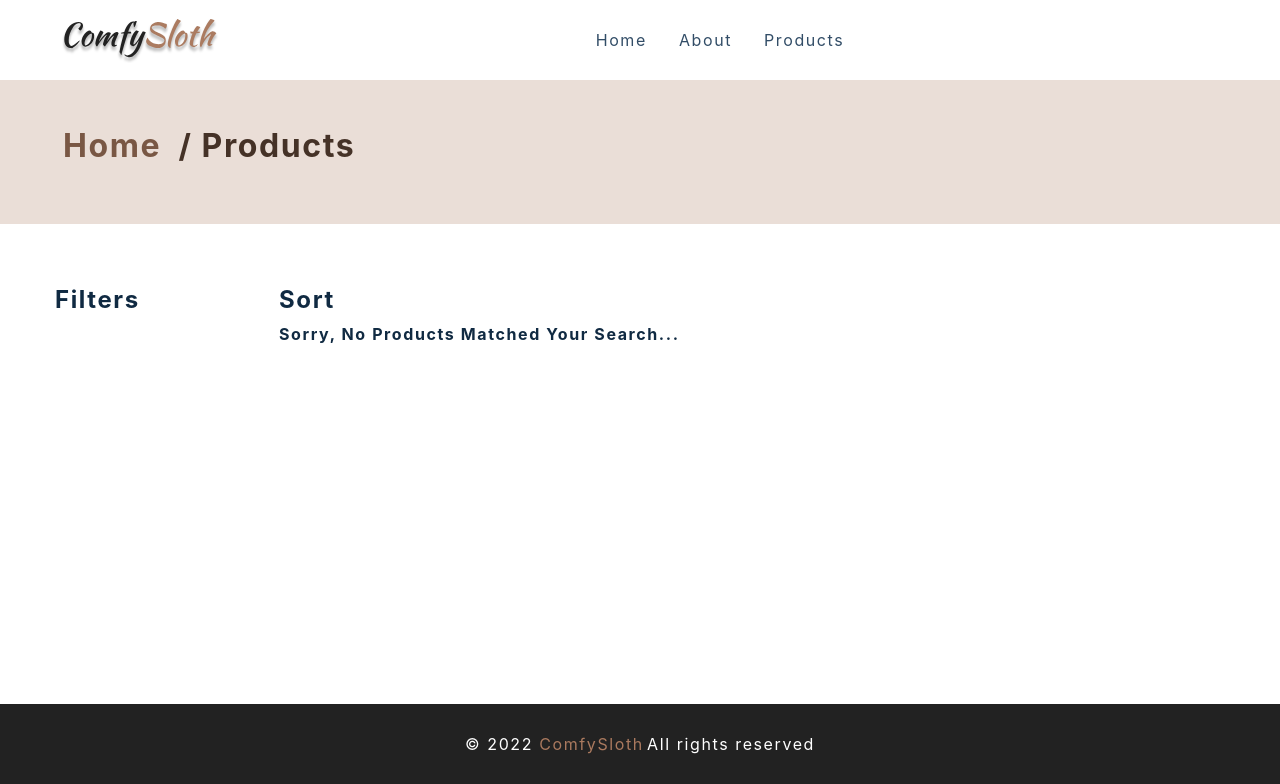
Repository: MateuszWorek/react-comfy-store
Page: /products
An editor plug-in stored every save of this project. The page is shown before and after the next save, followed by the edit.
The browser window is 1280 px wide. The pictures show the whole page.
The page's requests for data from a server got no answer. The project was rebuilt for these pictures with package versions that can differ from the ones it lists, and the page was loaded fresh each time. A package was used in the major version that the imports need, not the one package.json lists. No one was signed in, and anything a server would have sent is missing. Also part of the build but not shown: src/components/Error.js, src/components/Loading.js, src/components/Product.js, src/components/FeaturedProducts.js, src/reducers/cart_reducer.js, src/context/cart_context.js, src/context/user_context.js, src/components/Hero.js and 19 more. Imported but missing from the stored project, and not drawn on this page: src/components/AmountButtons.

Above is the page before, as saved 2022-07-17 08:56:46.

After the next save:
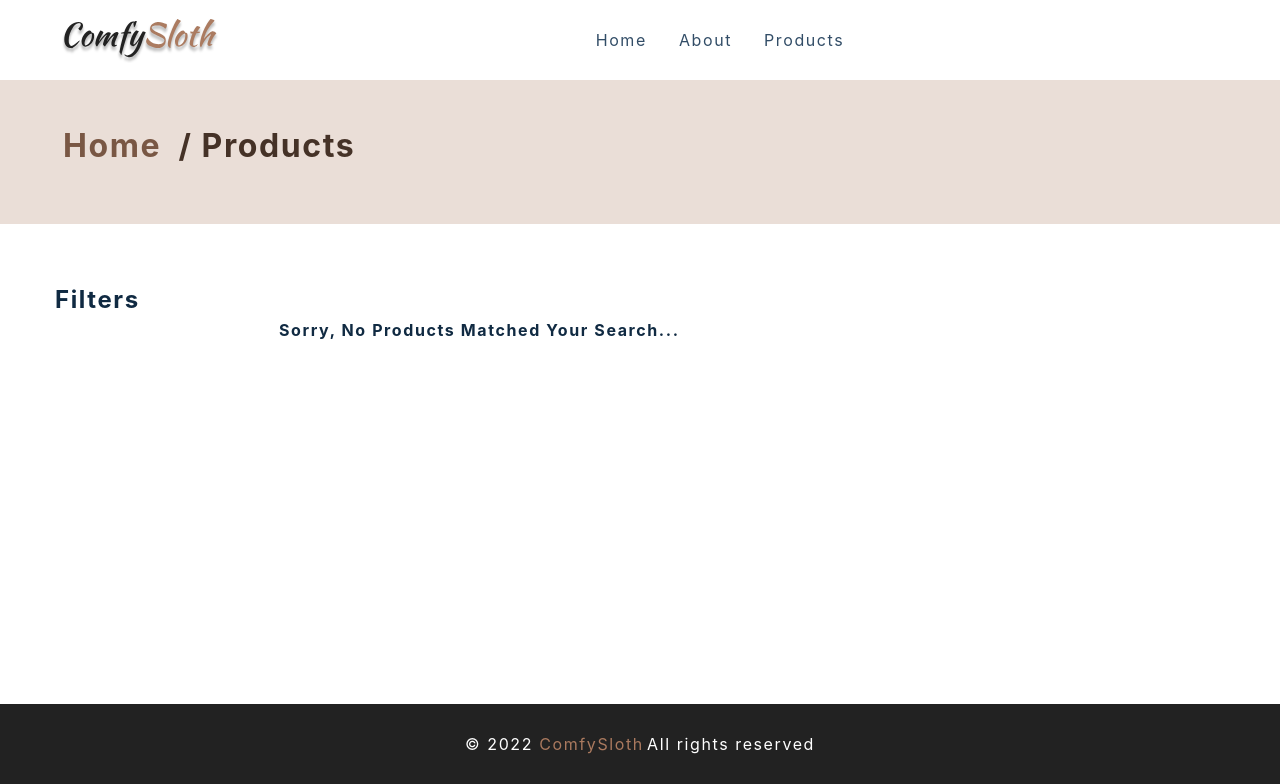
Saved 11 min 20 s later.
--- a/src/components/Sort.js
+++ b/src/components/Sort.js
@@ -1,10 +1,17 @@
-import React from 'react'
-import { useFilterContext } from '../context/filter_context'
-import { BsFillGridFill, BsList } from 'react-icons/bs'
-import styled from 'styled-components'
+import React from 'react';
+import { useFilterContext } from '../context/filter_context';
+import { BsFillGridFill, BsList } from 'react-icons/bs';
+import styled from 'styled-components';
+
 const Sort = () => {
-  return <h4>sort </h4>
-}
+  const { filtered_products: products, grid_view } = useFilterContext();
+
+  return (
+    <Wrapper>
+      <div className='btn-container'></div>
+    </Wrapper>
+  );
+};
 
 const Wrapper = styled.section`
   display: grid;
@@ -67,6 +74,6 @@ const Wrapper = styled.section`
     font-size: 1rem;
     text-transform: capitalize;
   }
-`
+`;
 
-export default Sort
+export default Sort;
